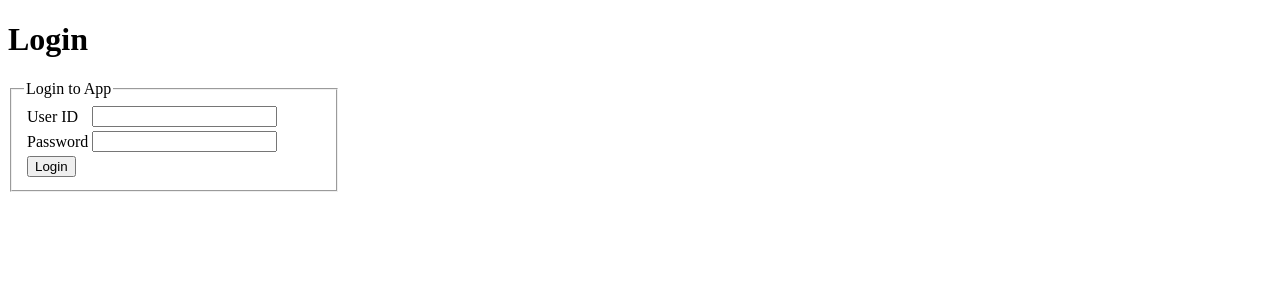
Repository: TeodorZlatev/Homework
Page: http://localhost/Web/
An editor plug-in stored every save of this project. The page is shown before and after the next save, followed by the edit.
The browser window is 1280 px wide. The pictures show the whole page.
The page is served by Tomcat 9.

Above is the page before, as saved 2016-04-22 17:06:58.

After the next save:
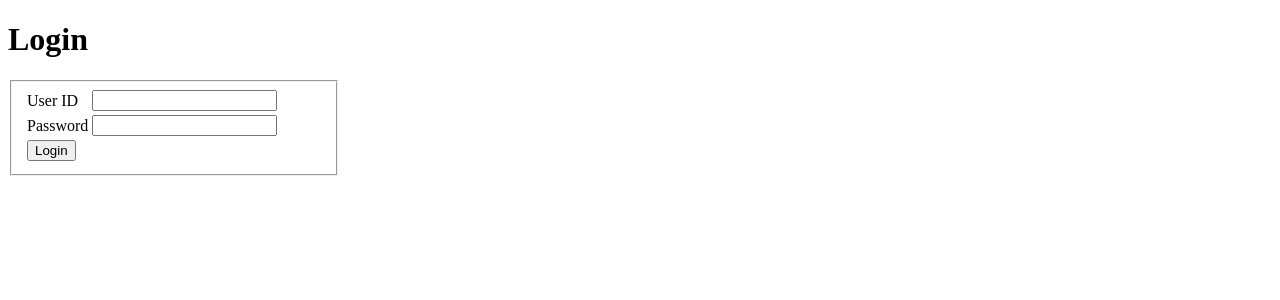
Saved 21 s later.
--- a/HomeworkWeb/Web/WebContent/index.jsp
+++ b/HomeworkWeb/Web/WebContent/index.jsp
@@ -11,7 +11,7 @@
 	</p>
 	 <form action="loginServlet" method="post">
         <fieldset style="width: 300px">
-            <legend> Login to App </legend>
+
             <table>
                 <tr>
                     <td>User ID</td>
